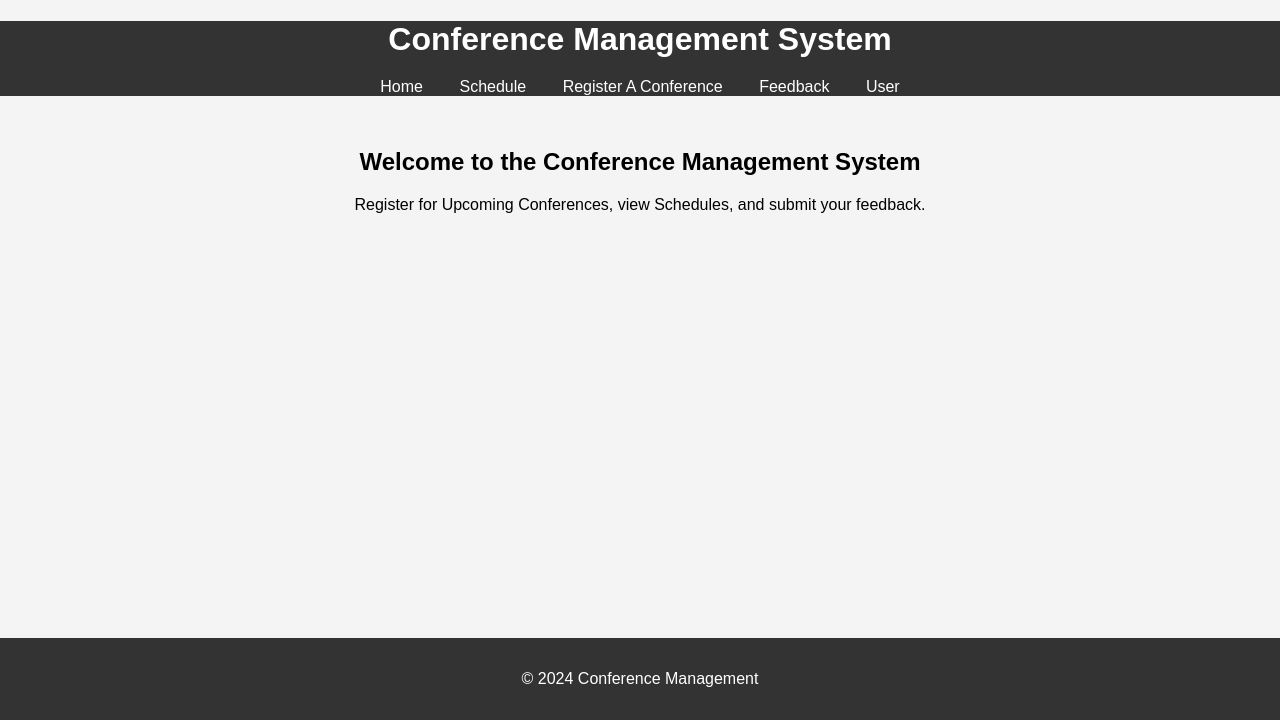
Repository: AMIT1439027/conferenceapp
Page: http://localhost/
These files come from the project's save history. The page is drawn as it stood at one moment and after the next save; the edit follows.
The browser window is 1280 px wide. The pictures show the whole page.
The page is run by PHP 8.4 with error messages shown; the project is at /var/www/html/.

Above is the page before, as saved 2024-05-29 14:40:39.

After the next save:
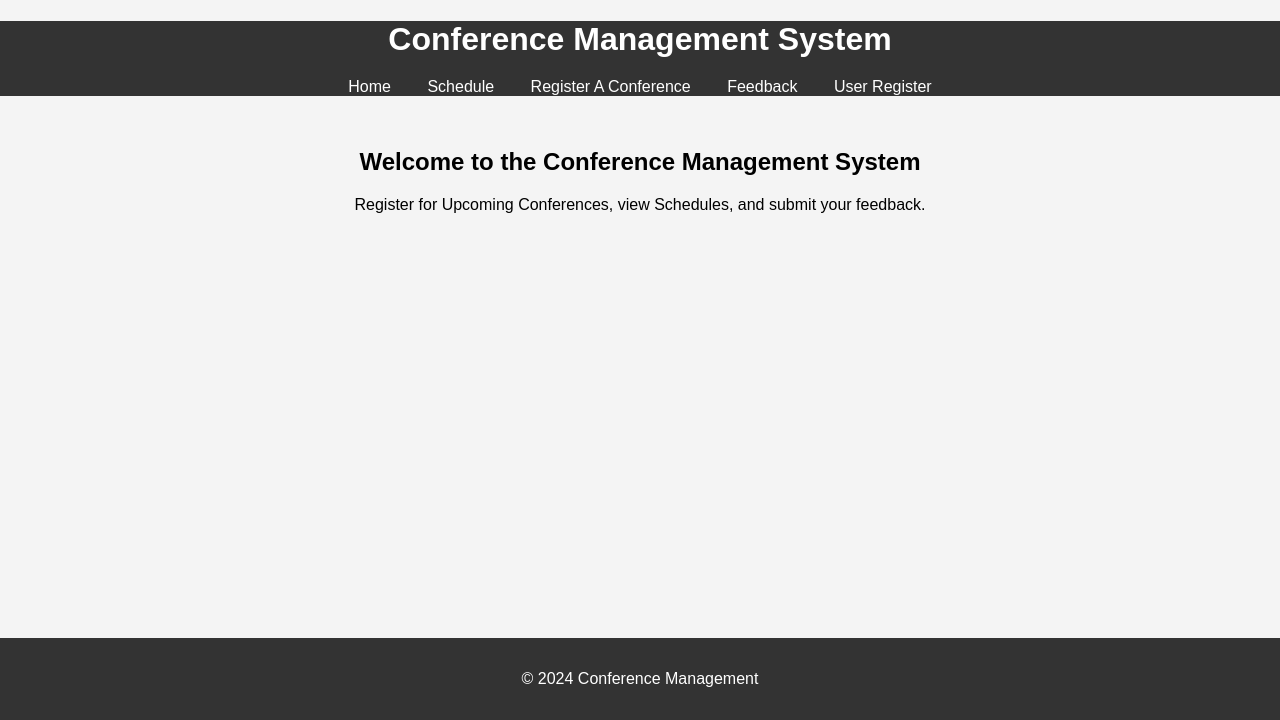
Saved 5 s later.
--- a/index.php
+++ b/index.php
@@ -15,7 +15,7 @@
         <a href="Schedule.php">Schedule </a>
         <a href="register.php">Register A Conference</a>
         <a href="feedback.php">Feedback</a>
-        <a href="admin.php">User</a>
+        <a href="admin.php">User Register</a>
     </nav>
 </header>
 
